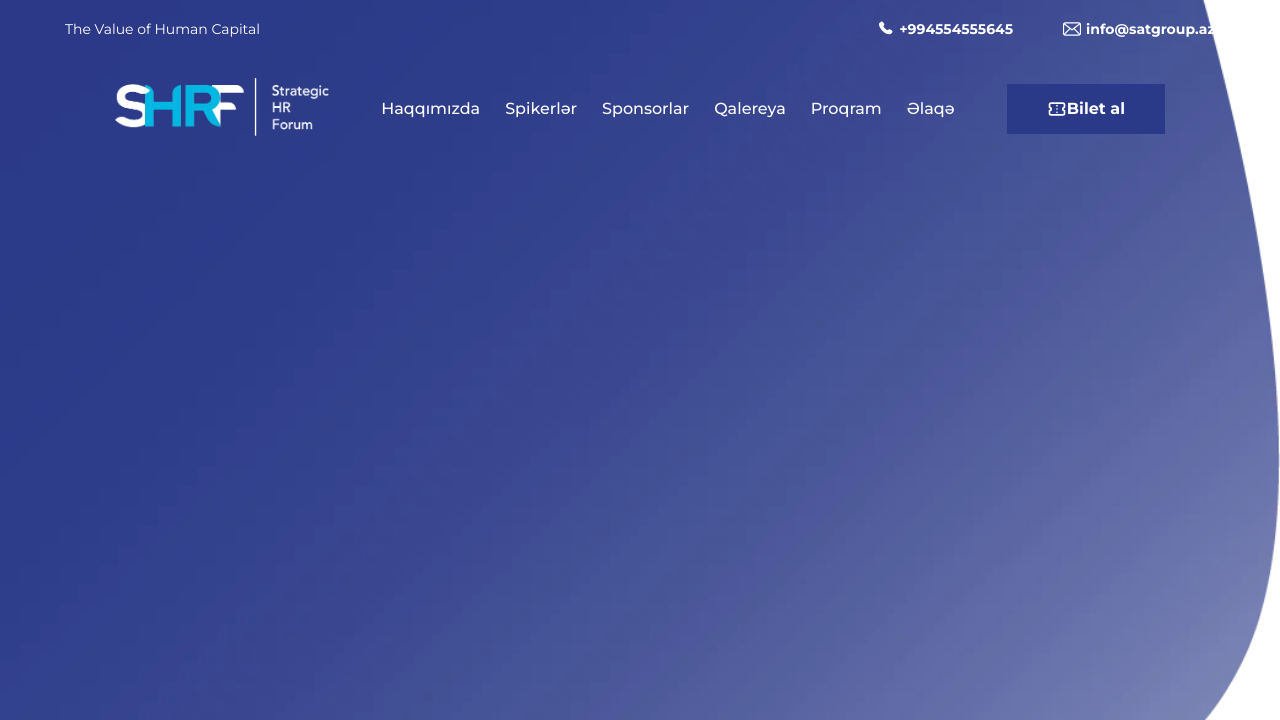
Repository: allahverdiyevabdulhasan/shrf
Page: /
These files come from the project's save history. The page is drawn as it stood at one moment and after the next save; the edit follows.
The browser window is 1280 px wide. The pictures show the whole page.
The project was rebuilt for these pictures with package versions that can differ from the ones it lists, and the page was loaded fresh each time. Also part of the build but not shown: vite.config.js, src/App.css.

Above is the page before, as saved 2024-08-16 10:08:13.

After the next save:
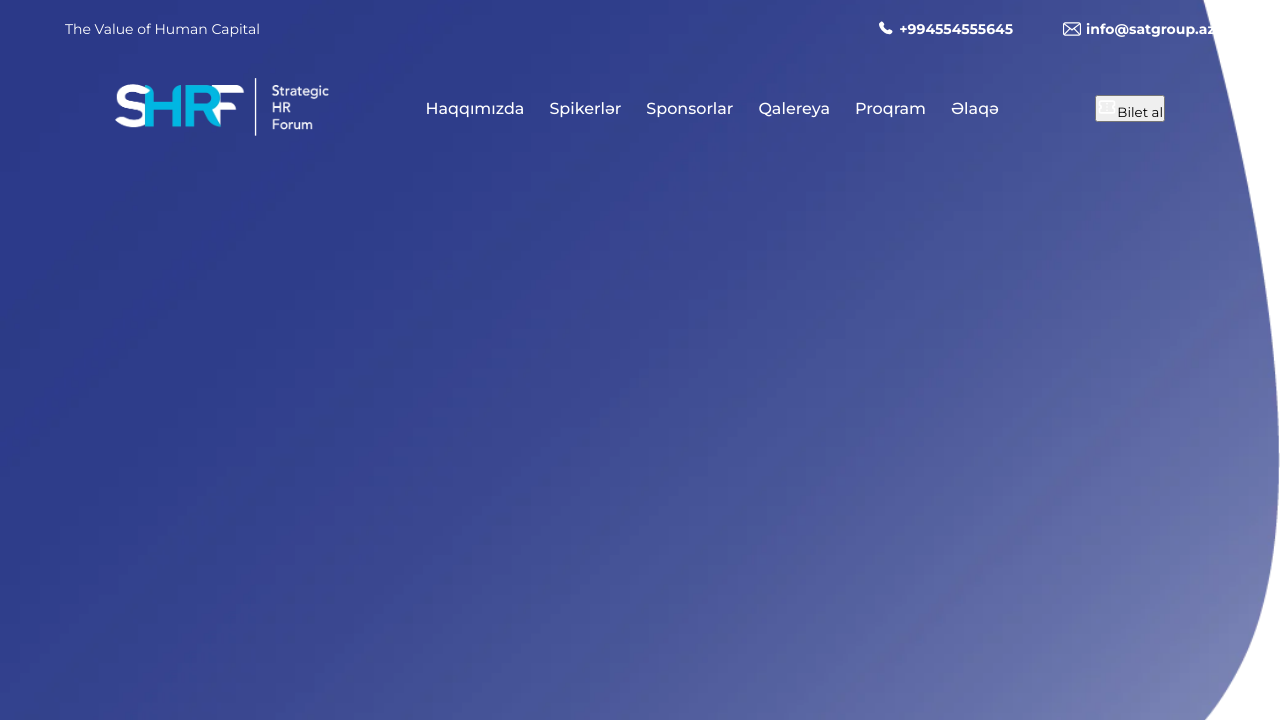
Saved 49 s later.
--- a/src/components/Header/style.module.css
+++ b/src/components/Header/style.module.css
@@ -82,19 +82,4 @@ header {
             }
         }
     }
-
-    & button{
-        display: flex;
-        align-items: center;
-        border: 0;
-        background: var(--globalPrimary);
-        font-size: 16px;
-        font-weight: 700;
-        color: #fff;
-        padding: 15px 40px;
-        &:hover{
-            box-shadow: 0 3px 10px 3px #fff;
-            transform: translateY(-3px);
-        }
-    }
 }

After the 2 saves that followed:
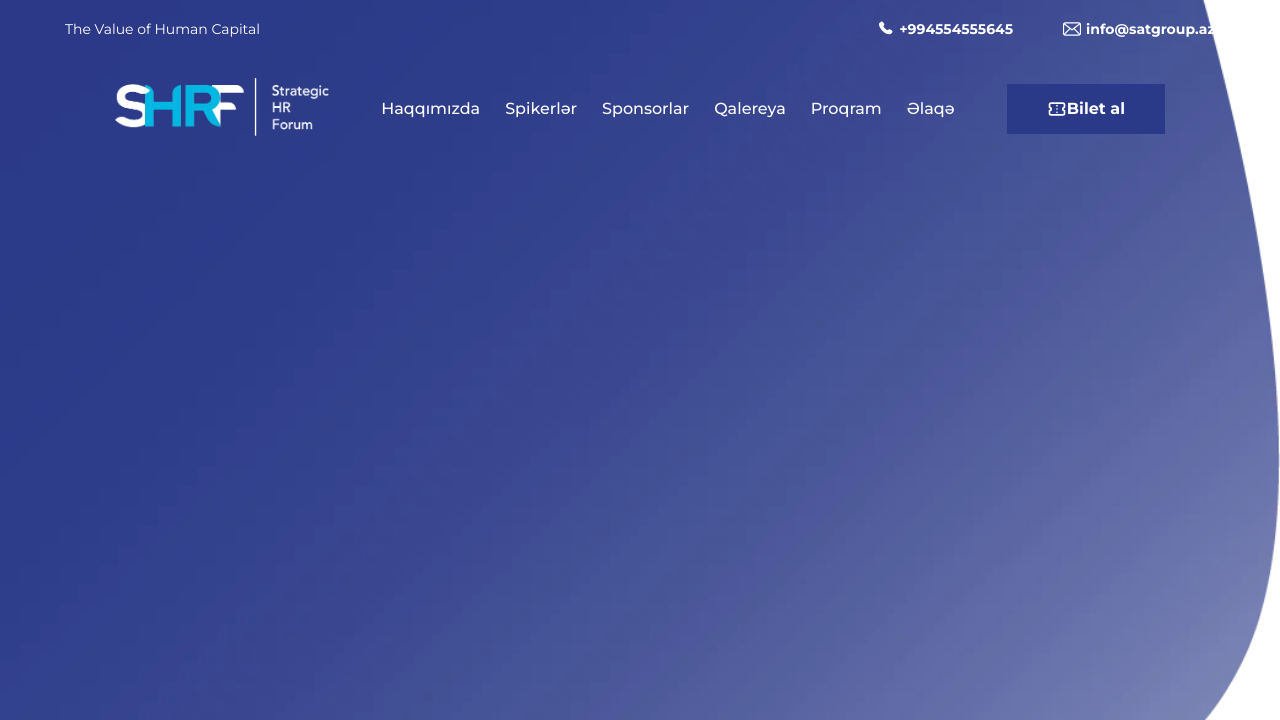
The 2 saves are shown as one change because they came seconds apart.
The last was saved 5 s later.
--- a/src/index.css
+++ b/src/index.css
@@ -1,29 +1,49 @@
 @import url('https://fonts.googleapis.com/css2?family=Montserrat:ital,wght@0,100..900;1,100..900&display=swap');
-*{
+
+* {
   margin: 0;
   box-sizing: border-box;
   padding: 0;
   font-family: Montserrat;
   transition: all .4s ease-in-out;
 }
-:root{
+
+:root {
   --globalPrimary: #2a3988;
 }
 
-ul{
+ul {
   padding: 0;
   list-style: none;
 }
-a{
+
+a {
   color: #fff;
   text-decoration: none;
 }
-button{
+
+button {
   cursor: pointer;
 }
 
-.container{
+.container {
   max-width: 1170px;
   margin: 0 auto;
   padding: 0 10px;
 }
+
+.buy__button {
+  display: flex;
+  align-items: center;
+  border: 0;
+  background: var(--globalPrimary);
+  font-size: 16px;
+  font-weight: 700;
+  color: #fff;
+  padding: 15px 40px;
+
+  &:hover {
+    box-shadow: 0 3px 10px 3px #fff;
+    transform: translateY(-3px);
+  }
+}
